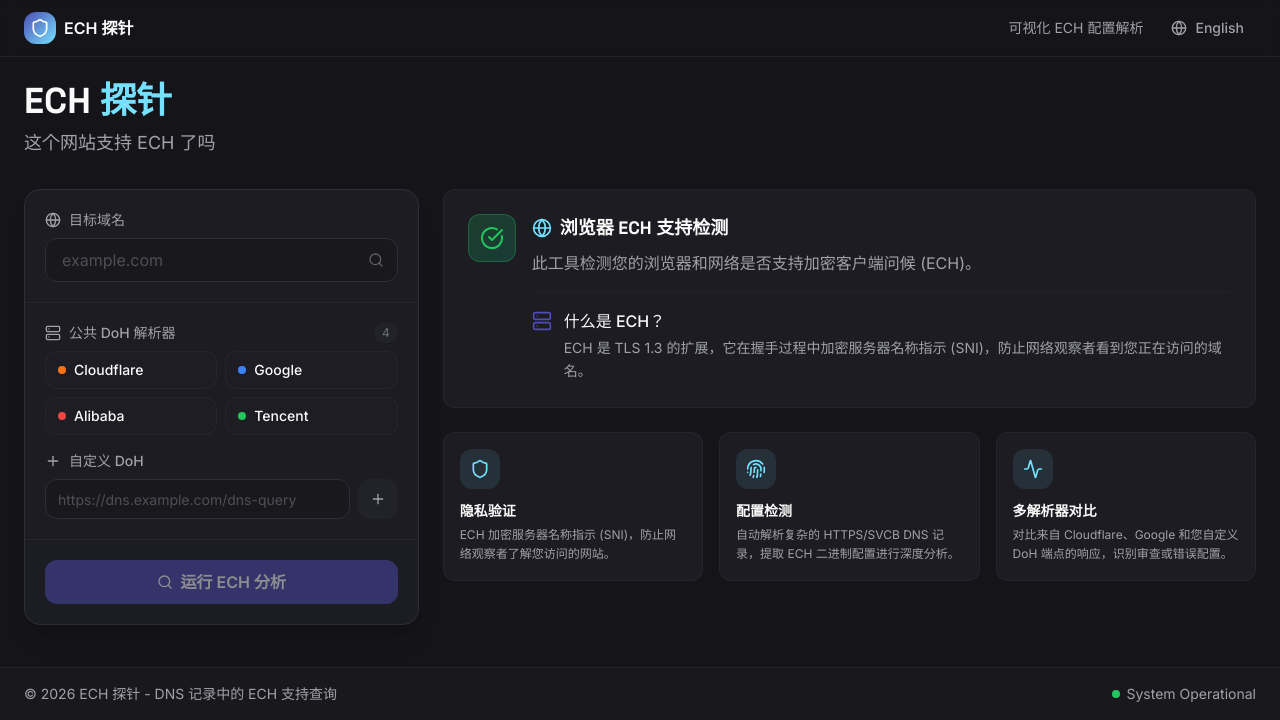
Repository: coolapijust/Ech-probe
Page: /
An editor plug-in stored every save of this project. The page is shown before and after the next save, followed by the edit.
The browser window is 1280 px wide. The pictures show the whole page.
The project was rebuilt for these pictures with package versions that can differ from the ones it lists, and the page was loaded fresh each time. The framework's server and built-in components were replaced by stand-ins that run in the browser. Also part of the build but not shown: next.config.mjs, src/components/ui/card.tsx, src/components/ui/table.tsx, src/components/ui/badge.tsx, src/components/ui/label.tsx, src/components/ECHProbe/ResultsDisplay.tsx.

Above is the page before, as saved 2026-03-13 19:59:32.

### src/app/layout.tsx

import type {Metadata} from 'next';
import './globals.css';
import { Toaster } from "@/components/ui/toaster";
import { LanguageProvider } from '@/context/LanguageContext';

export const metadata: Metadata = {
  title: 'ECH Probe | Secure DNS Analysis',
  description: 'Advanced ECHConfig detection and DNS analysis tool.',
};

export default function RootLayout({
  children,
}: Readonly<{
  children: React.ReactNode;
}>) {
  return (
    <html lang="en" className="dark">
      <head>
        <link rel="preconnect" href="https://fonts.googleapis.com" />
        <link rel="preconnect" href="https://fonts.gstatic.com" crossOrigin="anonymous" />
        <link href="https://fonts.googleapis.com/css2?family=Inter:wght@400;500;600&family=Space+Grotesk:wght@500;700&display=swap" rel="stylesheet" />
      </head>
      <body className="font-body antialiased bg-background text-foreground min-h-screen">
        <LanguageProvider>
          {children}
          <Toaster />
        </LanguageProvider>
      </body>
    </html>
  );
}

### src/app/page.tsx
'use client';

import { useState } from 'react';
import { DomainForm } from '@/components/ECHProbe/DomainForm';
import { ResultsDisplay } from '@/components/ECHProbe/ResultsDisplay';
import { performECHAnalysis, ResolverResult } from '@/app/actions/dns';
import { Shield, Lock, Fingerprint, Activity, Globe, Server, CheckCircle } from 'lucide-react';
import { useLanguage } from '@/context/LanguageContext';
import { LanguageSwitcher } from '@/components/LanguageSwitcher';

export default function Home() {
  const [results, setResults] = useState<ResolverResult[]>([]);
  const [domain, setDomain] = useState('');
  const [isAnalyzing, setIsAnalyzing] = useState(false);
  const { t } = useLanguage();

  const handleAnalyze = async (domain: string, resolvers: string[], custom: string[]) => {
    setIsAnalyzing(true);
    setDomain(domain);
    try {
      const data = await performECHAnalysis(domain, resolvers, custom);
      setResults(data);
    } catch (err) {
      console.error(err);
    } finally {
      setIsAnalyzing(false);
    }
  };

  return (
    <div className="min-h-screen flex flex-col">
      {/* Header Bar */}
      <header className="border-b border-border/50 bg-background/80 backdrop-blur-sm">
        <div className="flex items-center justify-between px-6 h-14">
          <div className="flex items-center gap-2">
            <div className="w-8 h-8 rounded-lg bg-gradient-to-br from-primary to-accent flex items-center justify-center">
              <Shield className="w-5 h-5 text-white" />
            </div>
            <span className="font-bold">{t.title}</span>
          </div>
          <div className="flex items-center gap-4">
            <span className="text-sm text-muted-foreground hidden sm:inline">{t.badge}</span>
            <LanguageSwitcher />
          </div>
        </div>
      </header>

      {/* Main Content - Full Width */}
      <main className="flex-1 p-6">
        {/* Hero - Left Aligned */}
        <section className="mb-8">
          <div className="space-y-2">
            <h1 className="text-3xl md:text-4xl font-bold">
              <span className="text-foreground">{t.title.split(' ')[0]}</span>
              <span className="text-accent"> {t.title.split(' ')[1]}</span>
            </h1>
            <p className="text-lg text-muted-foreground">{t.subtitle}</p>
          </div>
        </section>

        {/* Content Grid - Full Width */}
        <div className="grid lg:grid-cols-12 gap-6">
          {/* Left Column - Form */}
          <div className="lg:col-span-4">
            <DomainForm onAnalyze={handleAnalyze} isLoading={isAnalyzing} />
          </div>

          {/* Right Column - Results or Info */}
          <div className="lg:col-span-8">
            {results.length > 0 ? (
              <ResultsDisplay results={results} domain={domain} />
            ) : (
              <div className="h-full flex flex-col gap-6">
                {/* ECH Info Card */}
                <div className="bg-card border border-border/50 rounded-xl p-6">
                  <div className="flex items-start gap-4">
                    <div className="w-12 h-12 rounded-xl bg-gradient-to-br from-green-500/20 to-emerald-500/20 border border-green-500/30 flex items-center justify-center shrink-0">
                      <CheckCircle className="w-6 h-6 text-green-500" />
                    </div>
                    <div className="flex-1">
                      <h3 className="text-lg font-semibold mb-2 flex items-center gap-2">
                        <Globe className="w-5 h-5 text-accent" />
                        {t.echCheckTitle}
                      </h3>
                      <p className="text-muted-foreground leading-relaxed mb-4">
                        {t.echCheckDesc}
                      </p>
                      <div className="flex items-start gap-3 pt-4 border-t border-border/30">
                        <Server className="w-5 h-5 text-primary mt-0.5 shrink-0" />
                        <div>
                          <span className="font-medium">{t.echWhatIs}</span>
                          <p className="text-sm text-muted-foreground mt-1 leading-relaxed">
                            {t.echExplain}
                          </p>
                        </div>
                      </div>
                    </div>
                  </div>
                </div>

                {/* Feature Cards - Horizontal */}
                <div className="grid sm:grid-cols-3 gap-4">
                  <FeatureCard
                    icon={<Shield className="w-5 h-5" />}
                    title={t.privacyVerified}
                    description={t.privacyDesc}
                  />
                  <FeatureCard
                    icon={<Fingerprint className="w-5 h-5" />}
                    title={t.configDetection}
                    description={t.configDesc}
                  />
                  <FeatureCard
                    icon={<Activity className="w-5 h-5" />}
                    title={t.multiResolver}
                    description={t.multiDesc}
                  />
                </div>
              </div>
            )}
          </div>
        </div>
      </main>

      {/* Footer */}
      <footer className="border-t border-border/50 bg-muted/30">
        <div className="px-6 py-4">
          <div className="flex flex-col sm:flex-row justify-between items-center gap-2 text-sm text-muted-foreground">
            <p>{t.footer.replace('{year}', new Date().getFullYear().toString())}</p>
            <span className="flex items-center gap-1.5">
              <span className="w-2 h-2 rounded-full bg-green-500" />
              System Operational
            </span>
          </div>
        </div>
      </footer>
    </div>
  );
}

function FeatureCard({ icon, title, description }: { icon: React.ReactNode; title: string; description: string }) {
  return (
    <div className="p-4 rounded-xl bg-card border border-border/50 hover:border-accent/30 transition-colors">
      <div className="w-10 h-10 rounded-lg bg-accent/10 flex items-center justify-center text-accent mb-3">
        {icon}
      </div>
      <h3 className="font-semibold text-sm mb-1">{title}</h3>
      <p className="text-xs text-muted-foreground leading-relaxed">{description}</p>
    </div>
  );
}

### src/app/globals.css

@tailwind base;
@tailwind components;
@tailwind utilities;

@layer base {
  :root {
    --background: 240 10% 9%; /* #15151A */
    --foreground: 0 0% 98%;
    --card: 240 10% 12%;
    --card-foreground: 0 0% 98%;
    --popover: 240 10% 9%;
    --popover-foreground: 0 0% 98%;
    --primary: 240 40% 50%; /* #4D4DB3 approx */
    --primary-foreground: 0 0% 100%;
    --secondary: 240 10% 15%;
    --secondary-foreground: 0 0% 98%;
    --muted: 240 10% 15%;
    --muted-foreground: 240 5% 65%;
    --accent: 193 100% 73%; /* #75E1FF */
    --accent-foreground: 240 10% 9%;
    --destructive: 0 62.8% 30.6%;
    --destructive-foreground: 0 0% 98%;
    --border: 240 10% 20%;
    --input: 240 10% 20%;
    --ring: 193 100% 73%;
    --radius: 0.75rem;
  }
}

@layer base {
  * {
    @apply border-border;
  }
  body {
    @apply bg-background text-foreground font-body;
  }
  h1, h2, h3, h4, h5, h6 {
    @apply font-headline;
  }
}

### src/components/ui/toaster.tsx
"use client"

import { useToast } from "@/hooks/use-toast"
import {
  Toast,
  ToastClose,
  ToastDescription,
  ToastProvider,
  ToastTitle,
  ToastViewport,
} from "@/components/ui/toast"

export function Toaster() {
  const { toasts } = useToast()

  return (
    <ToastProvider>
      {toasts.map(function ({ id, title, description, action, ...props }) {
        return (
          <Toast key={id} {...props}>
            <div className="grid gap-1">
              {title && <ToastTitle>{title}</ToastTitle>}
              {description && (
                <ToastDescription>{description}</ToastDescription>
              )}
            </div>
            {action}
            <ToastClose />
          </Toast>
        )
      })}
      <ToastViewport />
    </ToastProvider>
  )
}

### src/context/LanguageContext.tsx

'use client';

import React, { createContext, useContext, useState, ReactNode } from 'react';
import { translations, Language } from '@/lib/i18n';

interface LanguageContextType {
  language: Language;
  setLanguage: (lang: Language) => void;
  t: any;
}

const LanguageContext = createContext<LanguageContextType | undefined>(undefined);

export function LanguageProvider({ children }: { children: ReactNode }) {
  const [language, setLanguage] = useState<Language>('cn'); // 默认中文

  const t = translations[language];

  return (
    <LanguageContext.Provider value={{ language, setLanguage, t }}>
      {children}
    </LanguageContext.Provider>
  );
}

export function useLanguage() {
  const context = useContext(LanguageContext);
  if (context === undefined) {
    throw new Error('useLanguage must be used within a LanguageProvider');
  }
  return context;
}

### src/app/actions/dns.ts
'use server';

import { parseECHFromHttpsRecord } from '@/lib/dns-parser';
import { queryDoH } from '@/lib/doh-query';

import { ECHConfigDetail } from '@/lib/dns-parser';

export type ResolverResult = {
  resolverName: string;
  echConfigDetected: boolean;
  echConfigDetails: ECHConfigDetail | null;
  errorMessage: string | null;
  rawResponse?: string;
};

const PRESET_RESOLVERS = [
  { name: 'Cloudflare', url: 'https://cloudflare-dns.com/dns-query' },
  { name: 'Google', url: 'https://dns.google/resolve' },
  { name: 'Alibaba', url: 'https://dns.alidns.com/resolve' },
  { name: 'Tencent', url: 'https://doh.pub/dns-query' },
];

export async function performECHAnalysis(
  domain: string,
  selectedResolvers: string[],
  customResolvers: string[] = []
): Promise<ResolverResult[]> {
  const resolversToQuery = PRESET_RESOLVERS.filter(r => selectedResolvers.includes(r.name));

  const dohPromises = resolversToQuery.map(async (res) => {
    try {
      const records = await queryDoH(domain, res.url);
      const echDetails = records.map(parseECHFromHttpsRecord).find(d => d !== null) || null;
      return {
        resolverName: res.name,
        echConfigDetected: !!echDetails,
        echConfigDetails: echDetails,
        errorMessage: null,
        rawResponse: records.join('\n')
      };
    } catch (err: any) {
      let errorMsg = err.message || 'Unknown error';
      if (err.name === 'AbortError') {
        errorMsg = 'Request timeout';
      }
      return {
        resolverName: res.name,
        echConfigDetected: false,
        echConfigDetails: null,
        errorMessage: errorMsg
      };
    }
  });

  const customPromises = customResolvers.map(async (url) => {
    try {
      const records = await queryDoH(domain, url);
      const echDetails = records.map(parseECHFromHttpsRecord).find(d => d !== null) || null;
      return {
        resolverName: `Custom (${new URL(url).hostname})`,
        echConfigDetected: !!echDetails,
        echConfigDetails: echDetails,
        errorMessage: null,
        rawResponse: records.join('\n')
      };
    } catch (err: any) {
      let errorMsg = err.message || 'Unknown error';
      if (err.name === 'AbortError') {
        errorMsg = 'Request timeout';
      }
      return {
        resolverName: 'Custom Resolver',
        echConfigDetected: false,
        echConfigDetails: null,
        errorMessage: errorMsg
      };
    }
  });

  const allResults = await Promise.all([...dohPromises, ...customPromises]);
  return allResults;
}

### src/components/LanguageSwitcher.tsx

'use client';

import { useLanguage } from '@/context/LanguageContext';
import { Button } from '@/components/ui/button';
import { Globe } from 'lucide-react';

export function LanguageSwitcher() {
  const { language, setLanguage } = useLanguage();

  return (
    <Button
      variant="ghost"
      size="sm"
      onClick={() => setLanguage(language === 'en' ? 'cn' : 'en')}
      className="flex items-center gap-2 text-muted-foreground hover:text-accent"
    >
      <Globe className="w-4 h-4" />
      {language === 'en' ? '中文' : 'English'}
    </Button>
  );
}

### src/lib/i18n.ts

export const translations = {
  en: {
    title: "ECH Probe",
    subtitle: "Does this site support ECH?",
    badge: "Visual ECH Config Parser",
    description: "Advanced DNS-over-HTTPS analysis to detect and verify Encrypted Client Hello (ECH) configurations across global resolvers.",
    targetDomain: "Target Domain",
    domainPlaceholder: "example.com",
    publicResolvers: "Public DoH Resolvers",
    customResolvers: "Custom DoH",
    localResolver: "Local System Resolver (Always)",
    runAnalysis: "Run ECH Analysis",
    executing: "Executing Probe...",
    analysisFor: "Analysis for",
    detectedCount: "out of {total} resolvers detected ECHConfig.",
    consistent: "Consistent Results",
    discrepancies: "Discrepancies Found",
    sourceComparison: "Source Comparison",
    resolver: "Resolver",
    status: "ECH Status",
    details: "Details",
    action: "Action",
    raw: "Raw",
    rawData: "Raw Data",
    error: "Error",
    detected: "Detected",
    notFound: "Not Found",
    echParameters: "ECH Parameters",
    primaryDetails: "Details from the primary detected config",
    noData: "No ECH data available to display.",
    generateReport: "Generate Intelligence Report",
    aiDescription: "Our AI engine will analyze these DNS records to explain the privacy and security implications of ECH for {domain}.",
    generateBtn: "Generate AI Insight",
    generating: "Analyzing Security Vectors...",
    aiInsightTitle: "AI Security Insight",
    regenerate: "Regenerate Analysis",
    footer: "© {year} ECH Probe - ECH Support Query in DNS Records",
    privacyVerified: "Privacy Verified",
    privacyDesc: "ECH encrypts the Server Name Indication (SNI), preventing network observers from knowing which websites you visit.",
    configDetection: "Config Detection",
    configDesc: "Automatically parse complex HTTPS/SVCB DNS records to extract ECH binary configurations for deep analysis.",
    multiResolver: "Multi-Resolver",
    multiDesc: "Compare responses from Cloudflare, Google, and your own custom DoH endpoints to identify censorship or misconfigs.",
    echCheckTitle: "Browser ECH Support Check",
    echCheckDesc: "This tool checks whether your browser and network support Encrypted Client Hello (ECH).",
    echWhatIs: "What is ECH?",
    echExplain: "ECH is an extension of TLS 1.3 that encrypts the Server Name Indication (SNI) during the handshake, preventing network observers from seeing the domain you are visiting."
  },
  cn: {
    title: "ECH 探针",
    subtitle: "这个网站支持 ECH 了吗",
    badge: "可视化 ECH 配置解析",
    description: "高级 DNS-over-HTTPS 分析工具，用于检测和验证全球解析器中的加密客户端问候 (ECH) 配置。",
    targetDomain: "目标域名",
    domainPlaceholder: "example.com",
    publicResolvers: "公共 DoH 解析器",
    customResolvers: "自定义 DoH",
    localResolver: "本地系统解析器 (始终开启)",
    runAnalysis: "运行 ECH 分析",
    executing: "正在探测...",
    analysisFor: "分析对象：",
    detectedCount: "{total} 个解析器中有 {count} 个检测到 ECHConfig。",
    consistent: "结果一致",
    discrepancies: "发现差异",
    sourceComparison: "源对比",
    resolver: "解析器",
    status: "ECH 状态",
    details: "详情",
    action: "操作",
    raw: "原始数据",
    rawData: "原始数据详情",
    error: "错误",
    detected: "已检测到",
    notFound: "未找到",
    echParameters: "ECH 参数",
    primaryDetails: "主检测配置详情",
    noData: "暂无可显示的 ECH 数据。",
    generateReport: "生成智能报告",
    aiDescription: "我们的 AI 引擎将分析这些 DNS 记录，解释 ECH 对 {domain} 的隐私和安全影响。",
    generateBtn: "生成 AI 洞察",
    generating: "正在分析安全向量...",
    aiInsightTitle: "AI 安全洞察",
    regenerate: "重新生成分析",
    footer: "© {year} ECH 探针 - DNS 记录中的 ECH 支持查询",
    privacyVerified: "隐私验证",
    privacyDesc: "ECH 加密服务器名称指示 (SNI)，防止网络观察者了解您访问的网站。",
    configDetection: "配置检测",
    configDesc: "自动解析复杂的 HTTPS/SVCB DNS 记录，提取 ECH 二进制配置进行深度分析。",
    multiResolver: "多解析器对比",
    multiDesc: "对比来自 Cloudflare、Google 和您自定义 DoH 端点的响应，识别审查或错误配置。",
    echCheckTitle: "浏览器 ECH 支持检测",
    echCheckDesc: "此工具检测您的浏览器和网络是否支持加密客户端问候 (ECH)。",
    echWhatIs: "什么是 ECH？",
    echExplain: "ECH 是 TLS 1.3 的扩展，它在握手过程中加密服务器名称指示 (SNI)，防止网络观察者看到您正在访问的域名。"
  }
};

export type Language = 'en' | 'cn';

### src/components/ui/button.tsx
import * as React from "react"
import { Slot } from "@radix-ui/react-slot"
import { cva, type VariantProps } from "class-variance-authority"

import { cn } from "@/lib/utils"

const buttonVariants = cva(
  "inline-flex items-center justify-center gap-2 whitespace-nowrap rounded-md text-sm font-medium ring-offset-background transition-colors focus-visible:outline-none focus-visible:ring-2 focus-visible:ring-ring focus-visible:ring-offset-2 disabled:pointer-events-none disabled:opacity-50 [&_svg]:pointer-events-none [&_svg]:size-4 [&_svg]:shrink-0",
  {
    variants: {
      variant: {
        default: "bg-primary text-primary-foreground hover:bg-primary/90",
        destructive:
          "bg-destructive text-destructive-foreground hover:bg-destructive/90",
        outline:
          "border border-input bg-background hover:bg-accent hover:text-accent-foreground",
        secondary:
          "bg-secondary text-secondary-foreground hover:bg-secondary/80",
        ghost: "hover:bg-accent hover:text-accent-foreground",
        link: "text-primary underline-offset-4 hover:underline",
      },
      size: {
        default: "h-10 px-4 py-2",
        sm: "h-9 rounded-md px-3",
        lg: "h-11 rounded-md px-8",
        icon: "h-10 w-10",
      },
    },
    defaultVariants: {
      variant: "default",
      size: "default",
    },
  }
)

export interface ButtonProps
  extends React.ButtonHTMLAttributes<HTMLButtonElement>,
    VariantProps<typeof buttonVariants> {
  asChild?: boolean
}

const Button = React.forwardRef<HTMLButtonElement, ButtonProps>(
  ({ className, variant, size, asChild = false, ...props }, ref) => {
    const Comp = asChild ? Slot : "button"
    return (
      <Comp
        className={cn(buttonVariants({ variant, size, className }))}
        ref={ref}
        {...props}
      />
    )
  }
)
Button.displayName = "Button"

export { Button, buttonVariants }

### tailwind.config.ts

import type {Config} from 'tailwindcss';

export default {
  darkMode: ['class'],
  content: [
    './src/pages/**/*.{js,ts,jsx,tsx,mdx}',
    './src/components/**/*.{js,ts,jsx,tsx,mdx}',
    './src/app/**/*.{js,ts,jsx,tsx,mdx}',
  ],
  theme: {
    extend: {
      fontFamily: {
        body: ['Inter', 'sans-serif'],
        headline: ['Space Grotesk', 'sans-serif'],
        code: ['monospace'],
      },
      colors: {
        background: 'hsl(var(--background))',
        foreground: 'hsl(var(--foreground))',
        card: {
          DEFAULT: 'hsl(var(--card))',
          foreground: 'hsl(var(--card-foreground))',
        },
        popover: {
          DEFAULT: 'hsl(var(--popover))',
          foreground: 'hsl(var(--popover-foreground))',
        },
        primary: {
          DEFAULT: 'hsl(var(--primary))',
          foreground: 'hsl(var(--primary-foreground))',
        },
        secondary: {
          DEFAULT: 'hsl(var(--secondary))',
          foreground: 'hsl(var(--secondary-foreground))',
        },
        muted: {
          DEFAULT: 'hsl(var(--muted))',
          foreground: 'hsl(var(--muted-foreground))',
        },
        accent: {
          DEFAULT: 'hsl(var(--accent))',
          foreground: 'hsl(var(--accent-foreground))',
        },
        destructive: {
          DEFAULT: 'hsl(var(--destructive))',
          foreground: 'hsl(var(--destructive-foreground))',
        },
        border: 'hsl(var(--border))',
        input: 'hsl(var(--input))',
        ring: 'hsl(var(--ring))',
        chart: {
          '1': 'hsl(var(--chart-1))',
          '2': 'hsl(var(--chart-2))',
          '3': 'hsl(var(--chart-3))',
          '4': 'hsl(var(--chart-4))',
          '5': 'hsl(var(--chart-5))',
        },
        sidebar: {
          DEFAULT: 'hsl(var(--sidebar-background))',
          foreground: 'hsl(var(--sidebar-foreground))',
          primary: 'hsl(var(--sidebar-primary))',
          'primary-foreground': 'hsl(var(--sidebar-primary-foreground))',
          accent: 'hsl(var(--sidebar-accent))',
          'accent-foreground': 'hsl(var(--sidebar-accent-foreground))',
          border: 'hsl(var(--sidebar-border))',
          ring: 'hsl(var(--sidebar-ring))',
        },
      },
      borderRadius: {
        lg: 'var(--radius)',
        md: 'calc(var(--radius) - 2px)',
        sm: 'calc(var(--radius) - 4px)',
      },
      keyframes: {
        'accordion-down': {
          from: {
            height: '0',
          },
          to: {
            height: 'var(--radix-accordion-content-height)',
          },
        },
        'accordion-up': {
          from: {
            height: 'var(--radix-accordion-content-height)',
          },
          to: {
            height: '0',
          },
        },
      },
      animation: {
        'accordion-down': 'accordion-down 0.2s ease-out',
        'accordion-up': 'accordion-up 0.2s ease-out',
      },
    },
  },
  plugins: [require('tailwindcss-animate')],
} satisfies Config;

Loaded but not shown: src/hooks/use-toast.ts (common file); src/lib/utils.ts (common file); src/lib/dns-parser.ts (369 lines, source omitted); src/components/ECHProbe/DomainForm.tsx (167 lines, source omitted); src/lib/doh-query.ts (202 lines, source omitted); src/components/ui/toast.tsx (129 lines, source omitted)

After the next save:
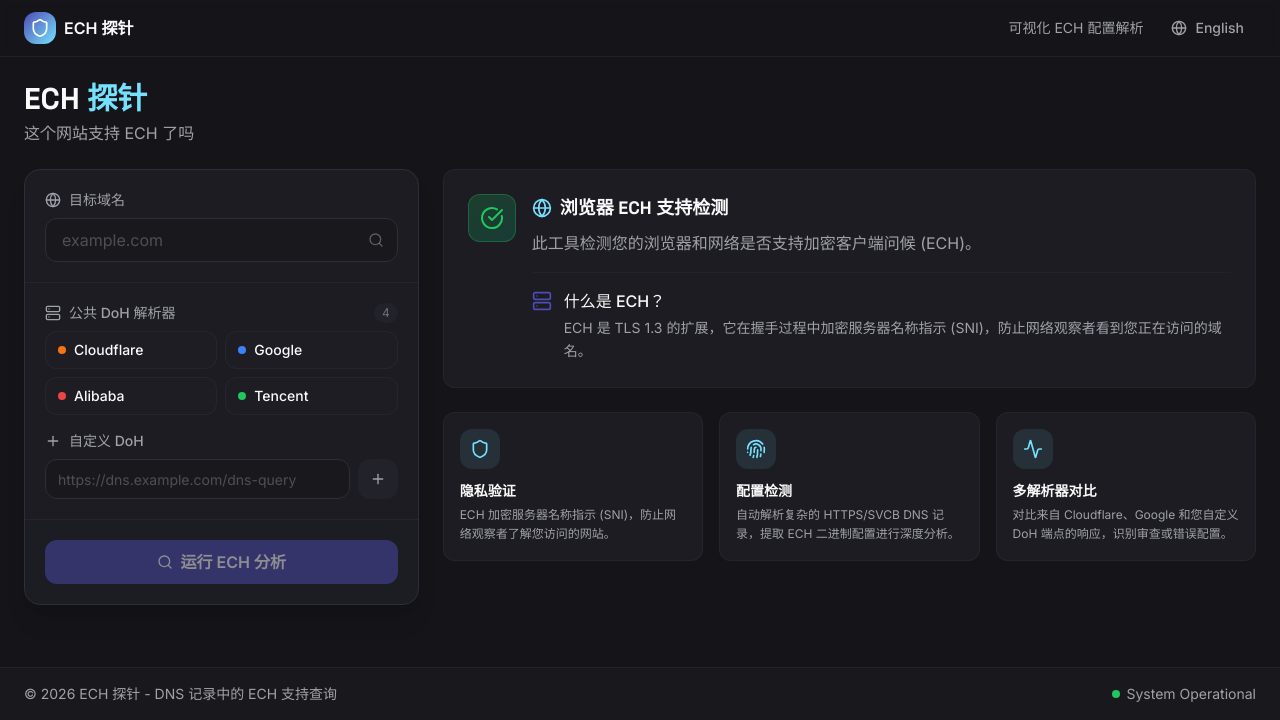
Saved 2 min 49 s later.
--- a/src/app/page.tsx
+++ b/src/app/page.tsx
@@ -48,13 +48,13 @@ export default function Home() {
       {/* Main Content - Full Width */}
       <main className="flex-1 p-6">
         {/* Hero - Left Aligned */}
-        <section className="mb-8">
-          <div className="space-y-2">
-            <h1 className="text-3xl md:text-4xl font-bold">
+        <section className="mb-6">
+          <div className="space-y-1">
+            <h1 className="text-2xl md:text-3xl font-bold">
               <span className="text-foreground">{t.title.split(' ')[0]}</span>
               <span className="text-accent"> {t.title.split(' ')[1]}</span>
             </h1>
-            <p className="text-lg text-muted-foreground">{t.subtitle}</p>
+            <p className="text-base text-muted-foreground">{t.subtitle}</p>
           </div>
         </section>
 
